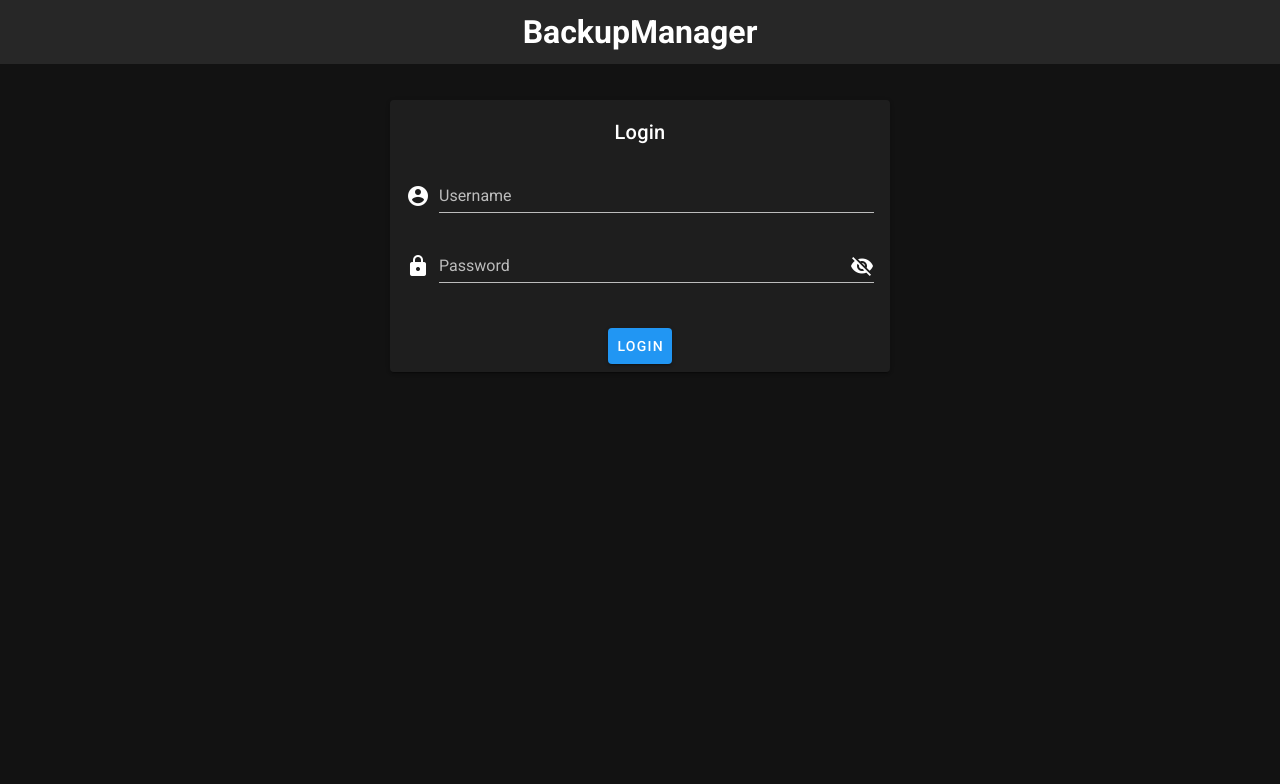
Repository: Erik966/Backup-Manager-Frontend
Page: /
The author's editor kept a copy of each file at every save. The page is drawn from the files as they stood at one save, then again after the next save.
The browser window is 1280 px wide. The pictures show the whole page.
The project was rebuilt for these pictures with package versions that can differ from the ones it lists, and the page was loaded fresh each time. Also part of the build but not shown: vue.config.js, src/components/Navigation.vue, src/views/secure.vue, src/components/Settings.vue, src/views/settings.vue.

Above is the page before, as saved 2023-01-17 00:44:55.

After the next save:
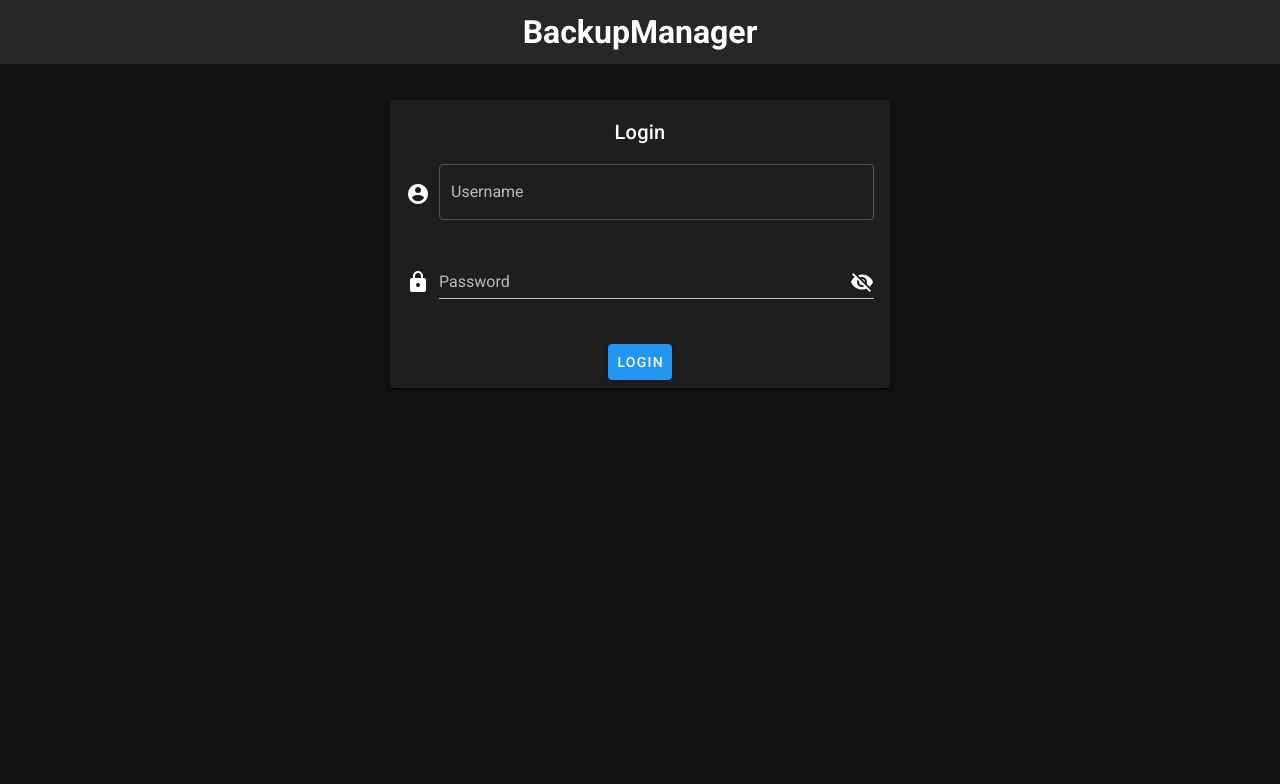
Saved 12 s later.
--- a/src/components/Login.vue
+++ b/src/components/Login.vue
@@ -13,7 +13,7 @@
         <v-card-title class="justify-center">Login</v-card-title>
 
         <v-card-text>
-          <v-text-field  v-model="username" label="Username" prepend-icon="mdi-account-circle"/>
+          <v-text-field  outlined v-model="username" label="Username" prepend-icon="mdi-account-circle"/>
           <v-text-field
           v-model="password"
           label="Password"
